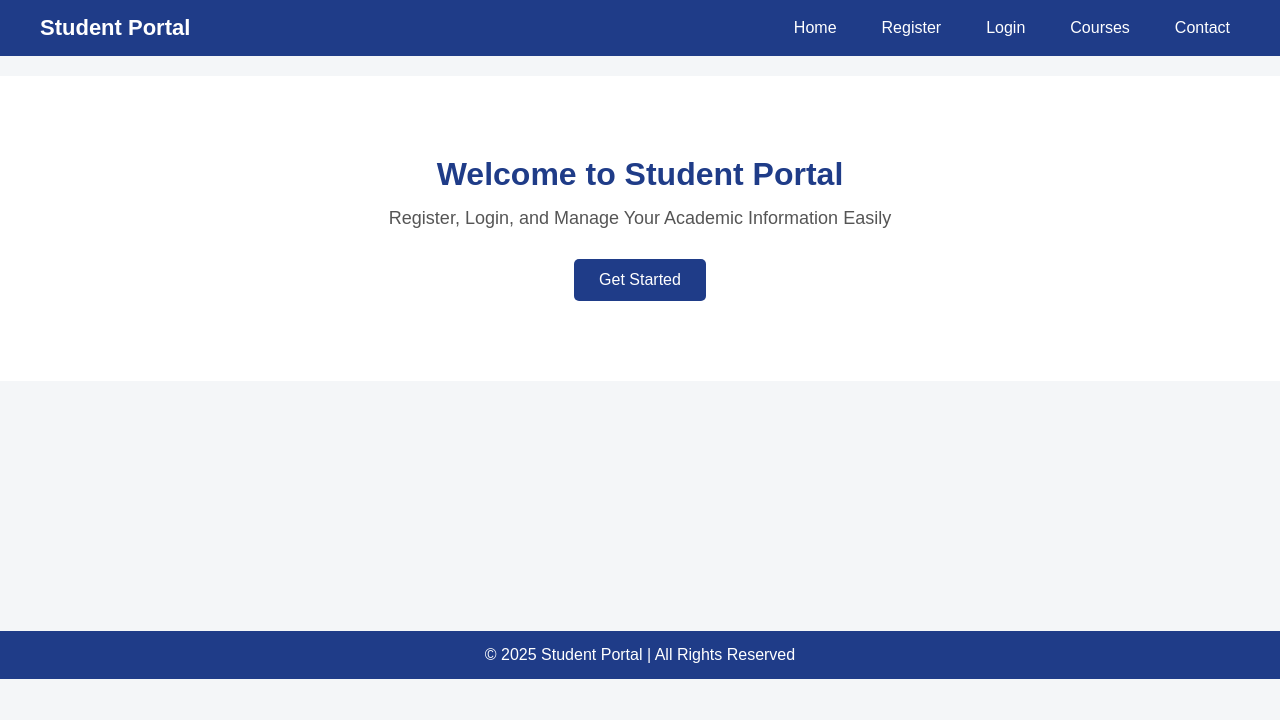
Repository: Tanvisalunkhe/Java_Codes
Page: demo/src/main/webapp/Home.html
These files come from the project's save history. The page is drawn as it stood at one moment and after the next save; the edit follows.
The browser window is 1280 px wide. The pictures show the whole page.

Above is the page before, as saved 2025-12-26 06:41:21.

After the next save:
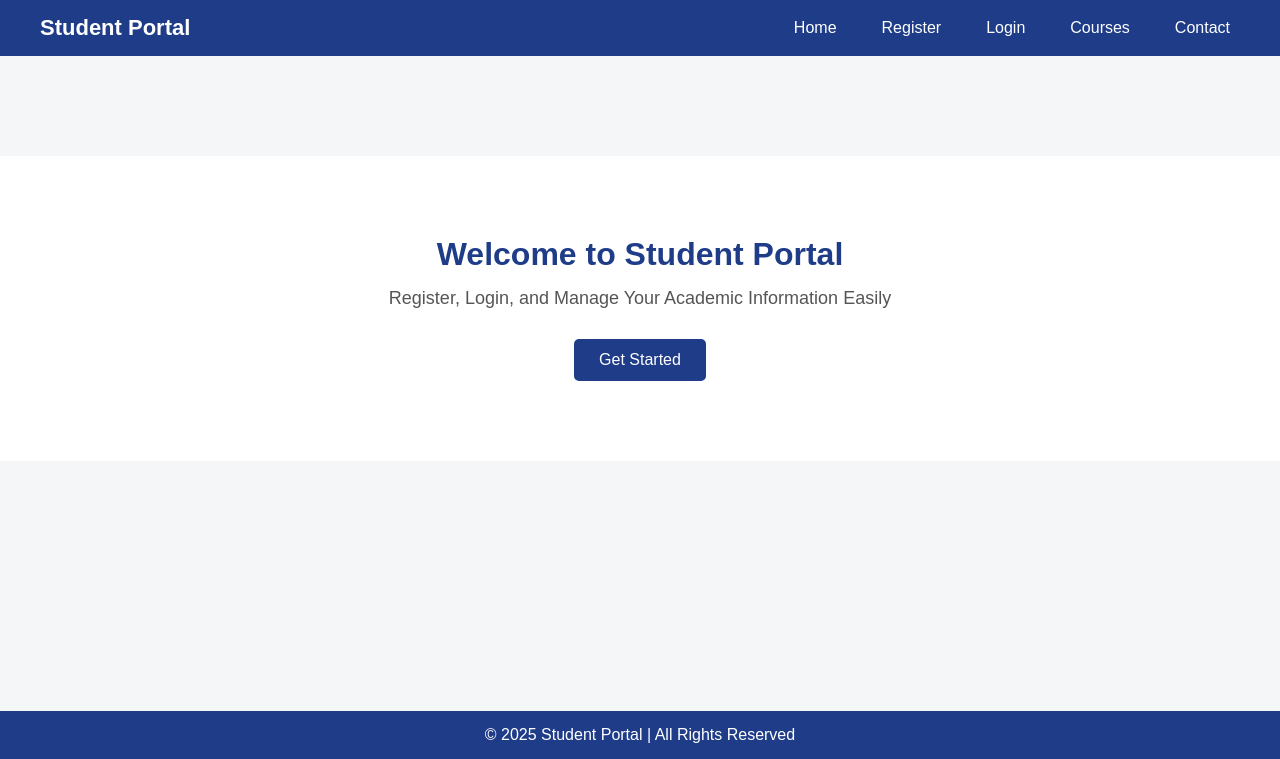
Saved 20 s later.
--- a/demo/src/main/webapp/Home.html
+++ b/demo/src/main/webapp/Home.html
@@ -57,7 +57,7 @@
             text-align: center;
             padding: 80px 20px;
             background-color: white;
-            margin-top: 20px;
+            margin-top: 100px;
         }
 
         .hero h2 {
